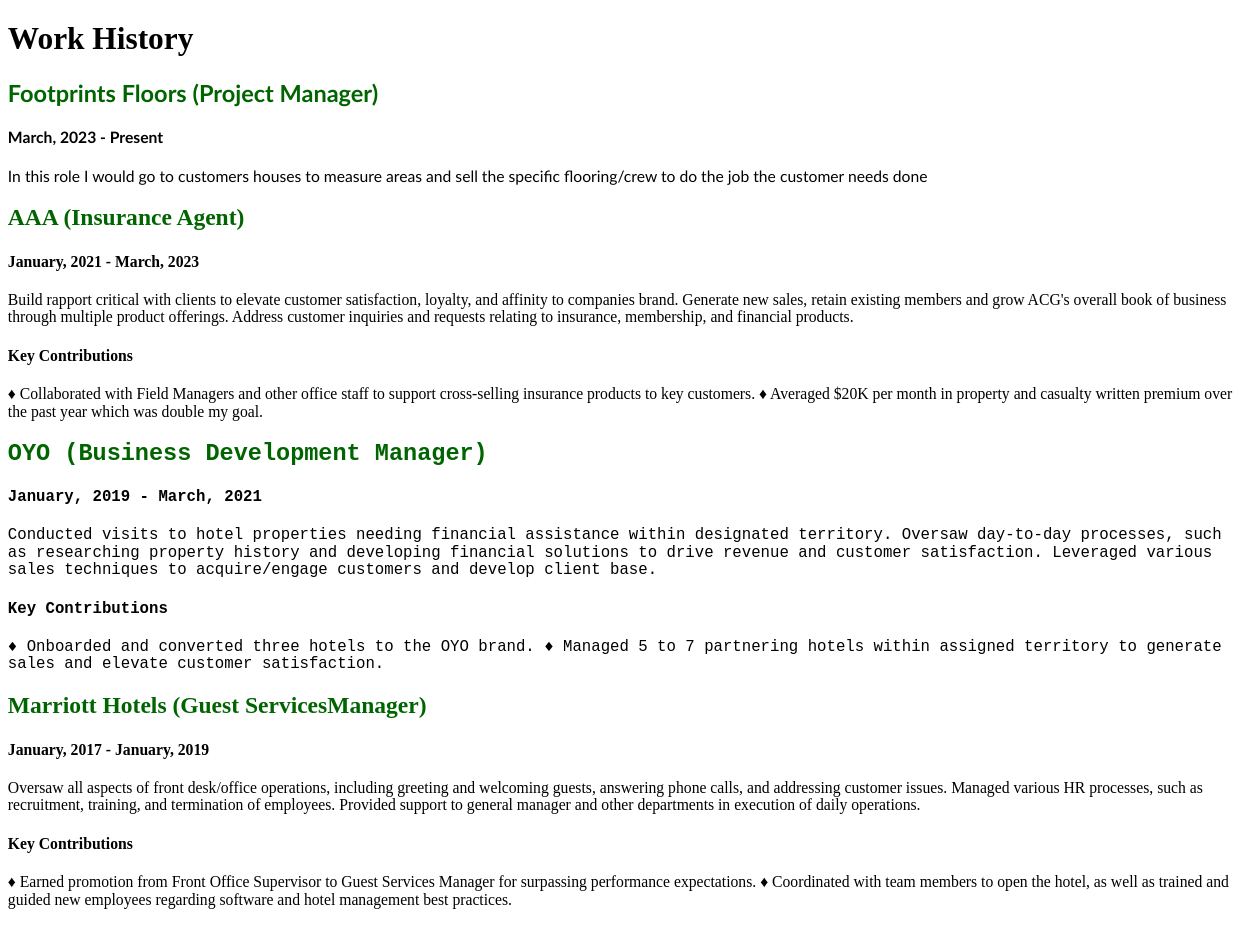
Repository: TEazy2433/LAB-HTML-Resume
Page: index.html
An editor plug-in stored every save of this project. The page is shown before and after the next save, followed by the edit.
The browser window is 1280 px wide. The pictures show the whole page, at 98% of full size.

Above is the page before, as saved 2023-10-11 20:15:55.

After the next save:
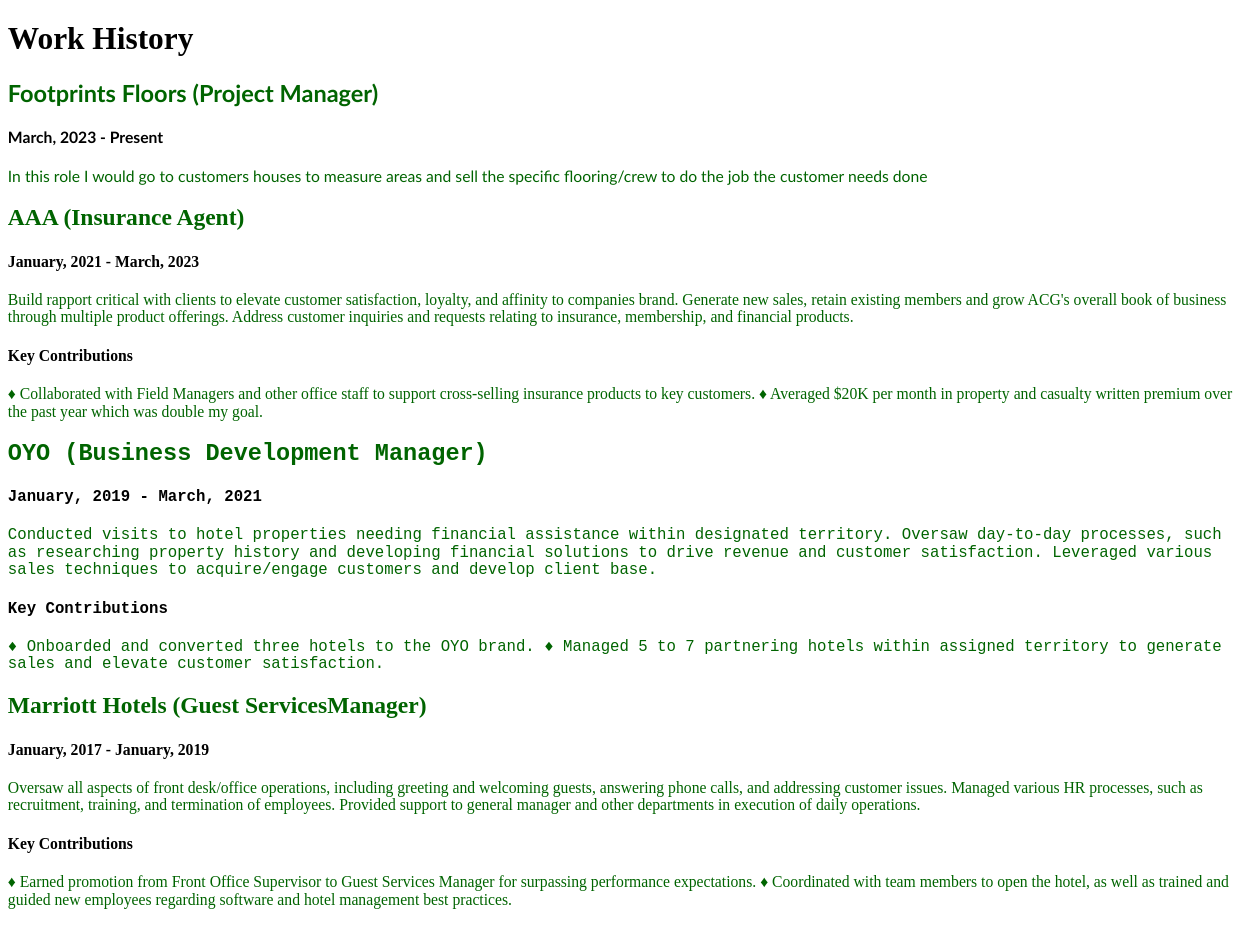
Saved 27 s later.
--- a/main.css
+++ b/main.css
@@ -3,7 +3,7 @@
 }
 
 p{
-  darkgreen
+  color:darkgreen
 }
 
 #articleOne{
